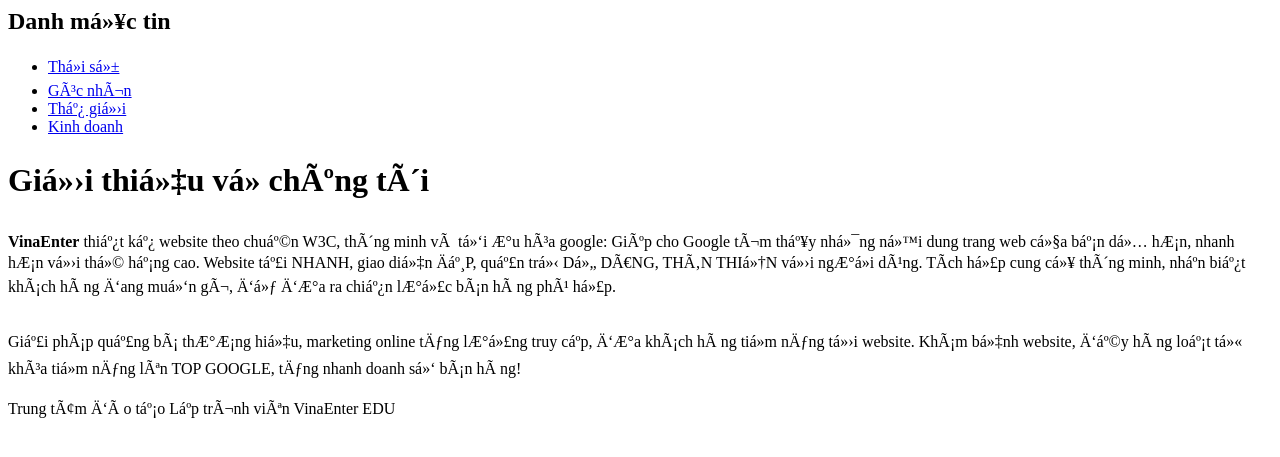
Repository: leducnam1805/JSP-SERVLET
Page: http://localhost/baiTap1/views/BT1/index.jsp
An editor plug-in stored every save of this project. The page is shown before and after the next save, followed by the edit.
The browser window is 1280 px wide. The pictures show the whole page.
The page is served by Tomcat 9.

Above is the page before, as saved 2020-06-23 13:05:51.

After the next save:
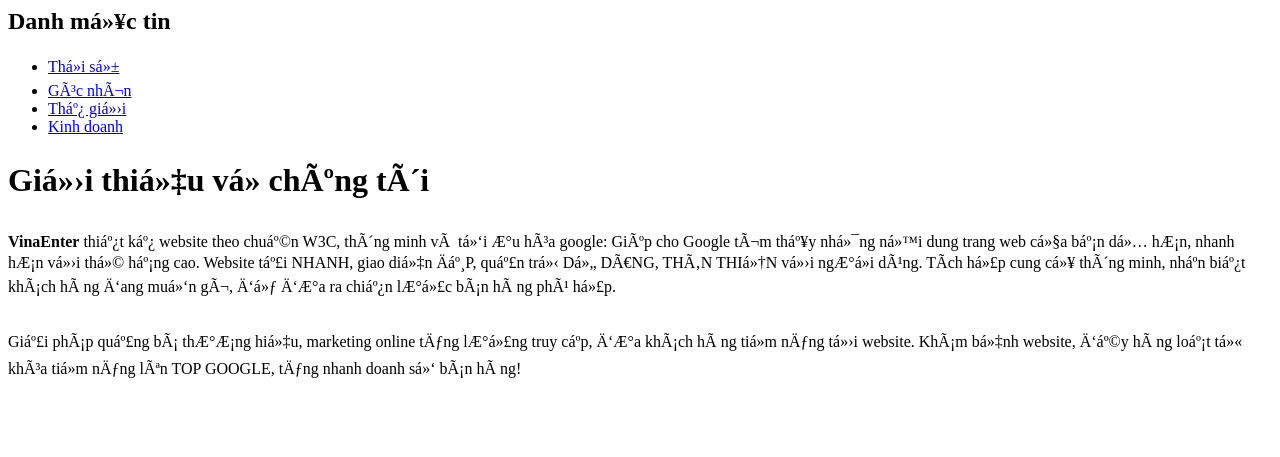
Saved 3 s later.
--- a/loiGiai/baiTap1/WebContent/views/BT1/index.jsp
+++ b/loiGiai/baiTap1/WebContent/views/BT1/index.jsp
@@ -27,10 +27,3 @@
 					</div>
 				</div>
 			</div>
-			<div class="footer">
-				<p>Trung tâm đào tạo Lập trình viên VinaEnter EDU</p>
-			</div>
-		</div>
-	</div>
-</body>
-</html>
